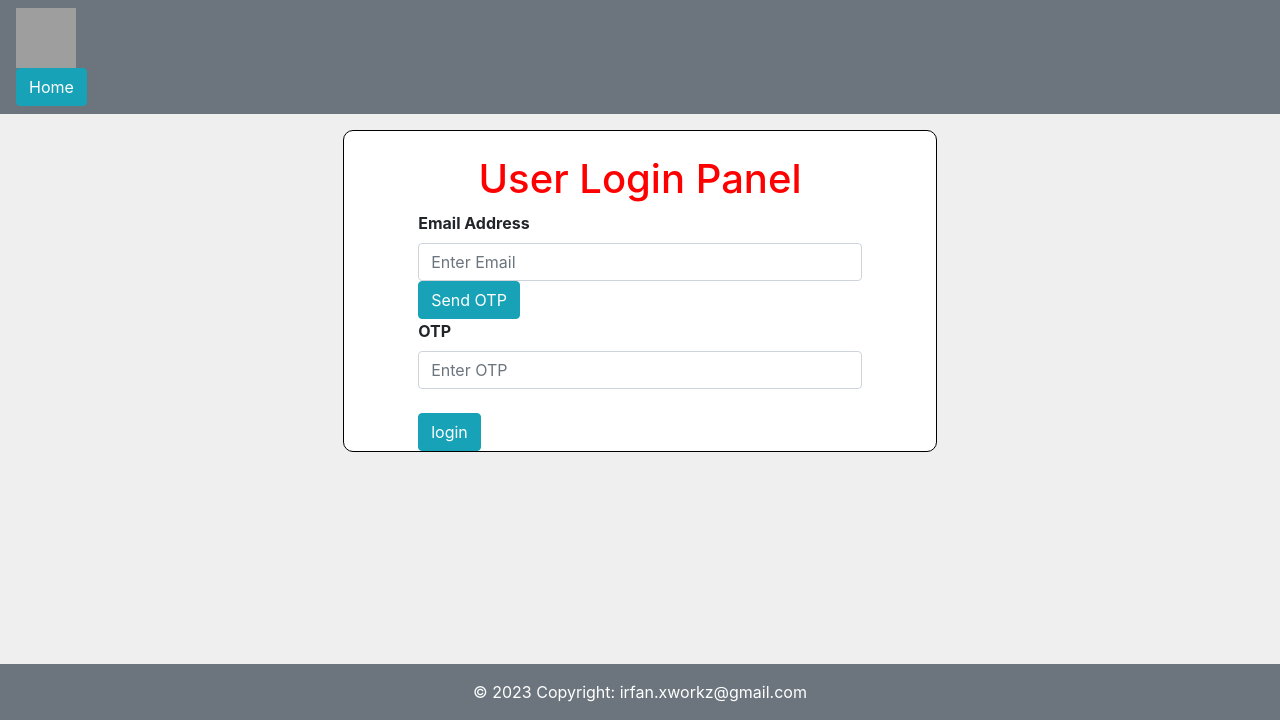
Repository: irfanxworkz/Project
Page: http://localhost/parking/UserLogin.jsp
An editor plug-in stored every save of this project. The page is shown before and after the next save, followed by the edit.
The browser window is 1280 px wide. The pictures show the whole page.
Pictures or frames that could not be fetched are drawn as grey boxes. The page is served by Tomcat 9.

Above is the page before, as saved 2023-07-09 23:50:57.

After the next save:
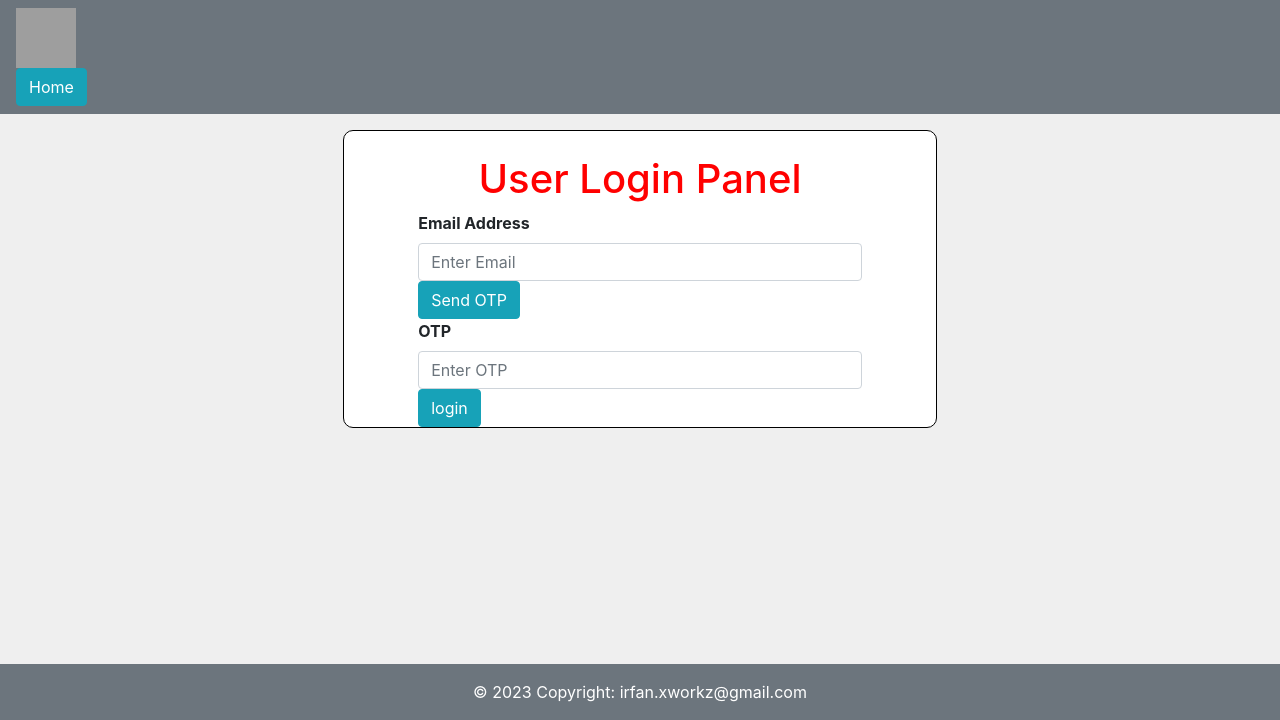
Saved 38 s later.
--- a/parking/src/main/webapp/UserLogin.jsp
+++ b/parking/src/main/webapp/UserLogin.jsp
@@ -26,7 +26,7 @@
 			<label for="email"><b>Email Address</b></label>
 			    <input type="email" name="email" class="form-control" placeholder="Enter Email" required="required"><input type="submit" value="Send OTP" class="btn btn-info"><span style="color: red;">${user }</span><br>
 			<label for="otp"><b>OTP</b></label>
-			    <input type="number" name="otp" class="form-control" placeholder="Enter OTP" required="required"><br>
+			    <input type="number" name="otp" class="form-control" placeholder="Enter OTP" required="required">
 			 	 <input type="submit" value="login"  class="btn btn-info">
 			 	<span></span><br>
 			</div>

After the save that followed:
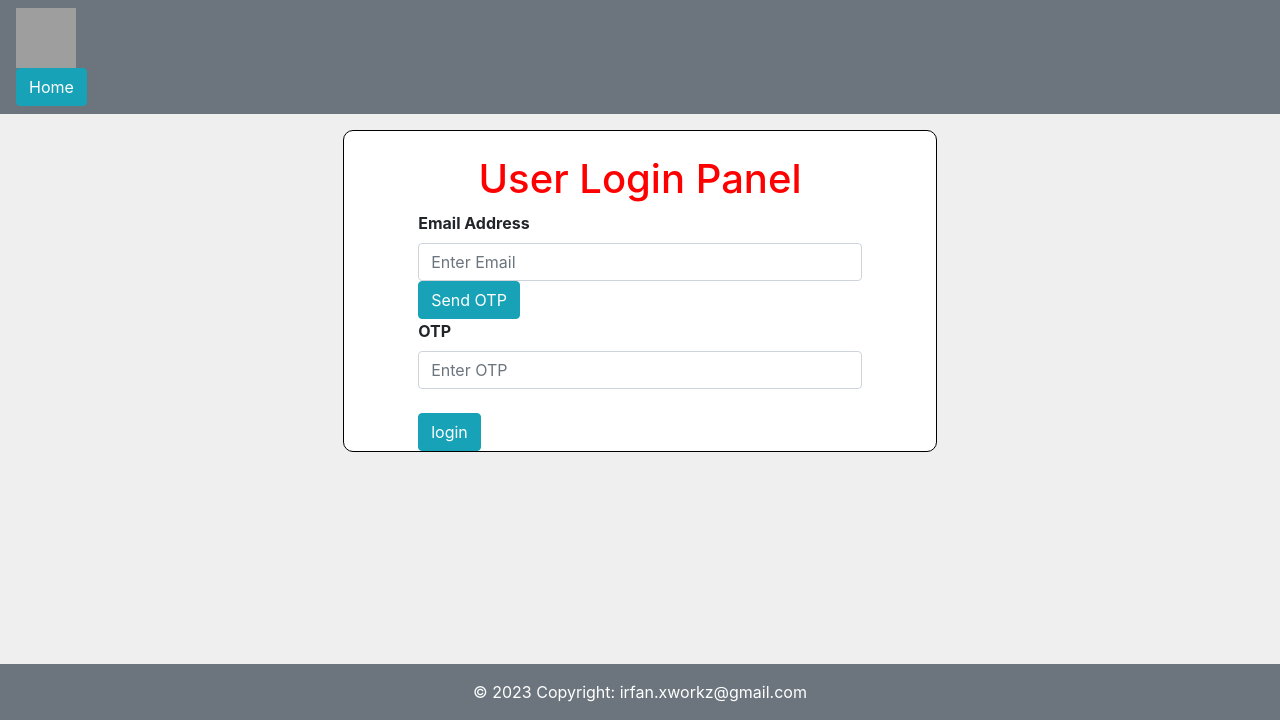
Saved 35 s later.
--- a/parking/src/main/webapp/UserLogin.jsp
+++ b/parking/src/main/webapp/UserLogin.jsp
@@ -26,7 +26,7 @@
 			<label for="email"><b>Email Address</b></label>
 			    <input type="email" name="email" class="form-control" placeholder="Enter Email" required="required"><input type="submit" value="Send OTP" class="btn btn-info"><span style="color: red;">${user }</span><br>
 			<label for="otp"><b>OTP</b></label>
-			    <input type="number" name="otp" class="form-control" placeholder="Enter OTP" required="required">
+			    <input type="number" name="otp" class="form-control" placeholder="Enter OTP" required="required"><br>
 			 	 <input type="submit" value="login"  class="btn btn-info">
 			 	<span></span><br>
 			</div>
